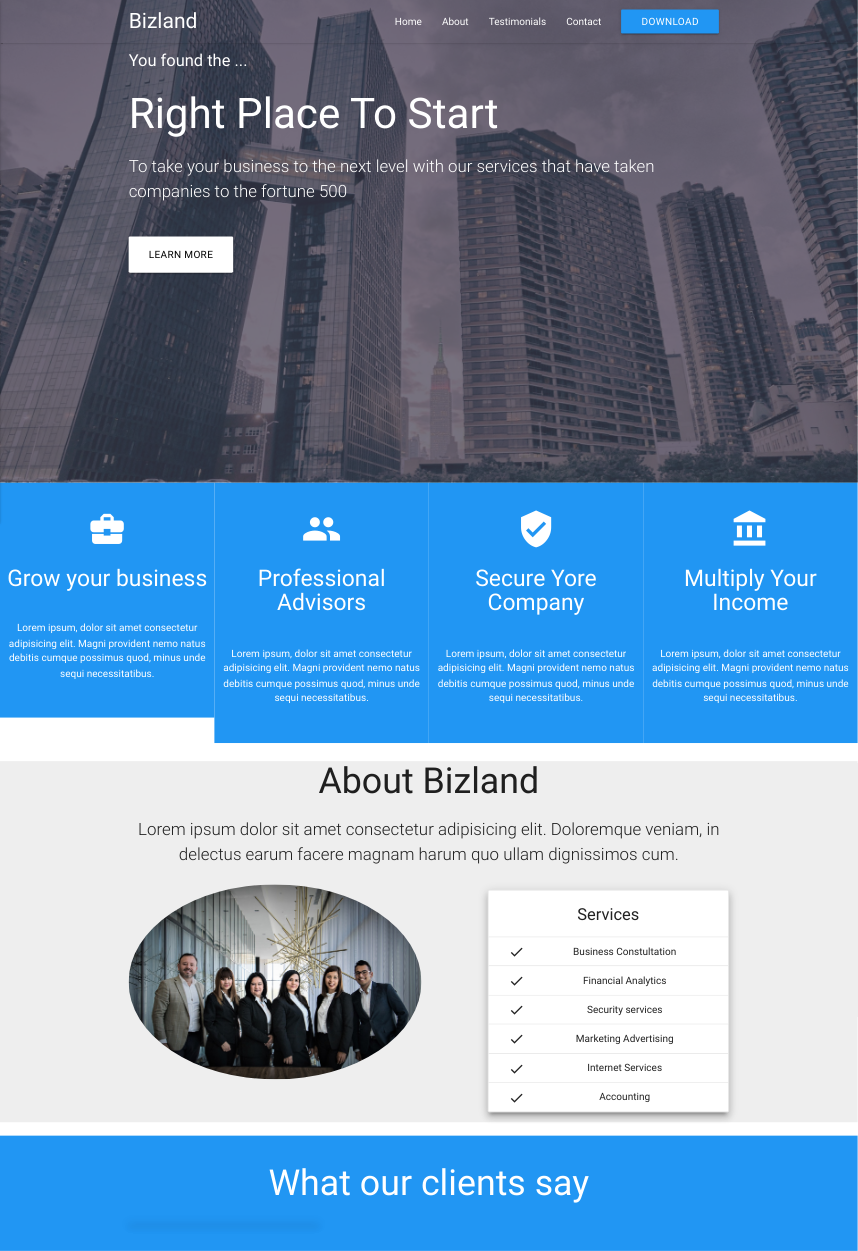
Repository: farrdy/bizland
Page: index.html
The author's editor kept a copy of each file at every save. The page is drawn from the files as they stood at one save, then again after the next save.
The browser window is 1280 px wide. The pictures show the whole page, at 67% of full size.
Some web libraries are served in a nearby version.

Above is the page before, as saved 2020-01-05 13:53:31.

After the next save:
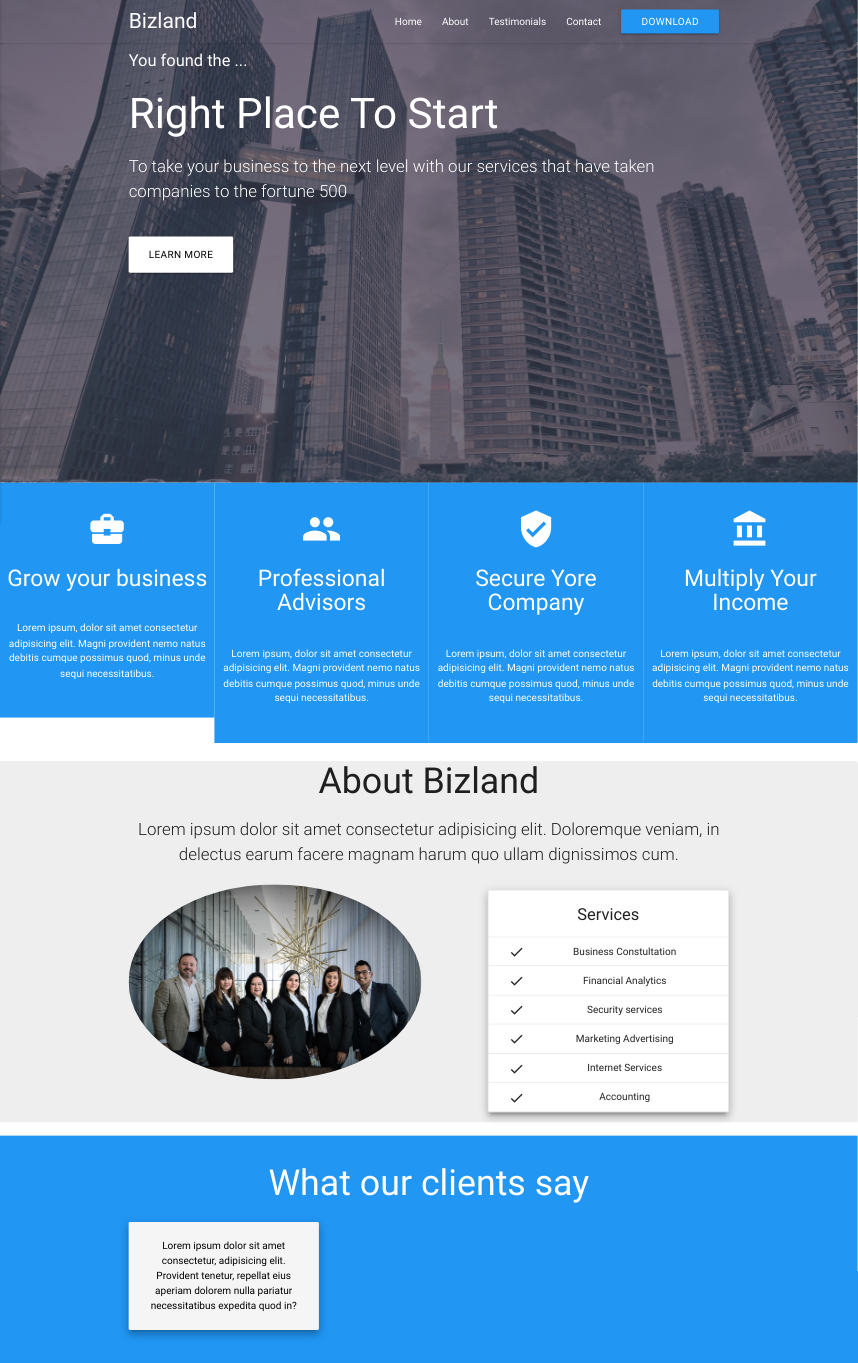
Saved 53 s later.
--- a/index.html
+++ b/index.html
@@ -188,7 +188,15 @@
         <h2>What our clients say</h2>
         <div class="row">
           <div class="col s12 m4">
-            <div class="card grey lighten-4 black-text z-depth-4"></div>
+            <div class="card grey lighten-4 black-text z-depth-4">
+              <div class="card-content">
+                <p>
+                  Lorem ipsum dolor sit amet consectetur, adipisicing elit.
+                  Provident tenetur, repellat eius aperiam dolorem nulla
+                  pariatur necessitatibus expedita quod in?
+                </p>
+              </div>
+            </div>
           </div>
         </div>
       </div>
